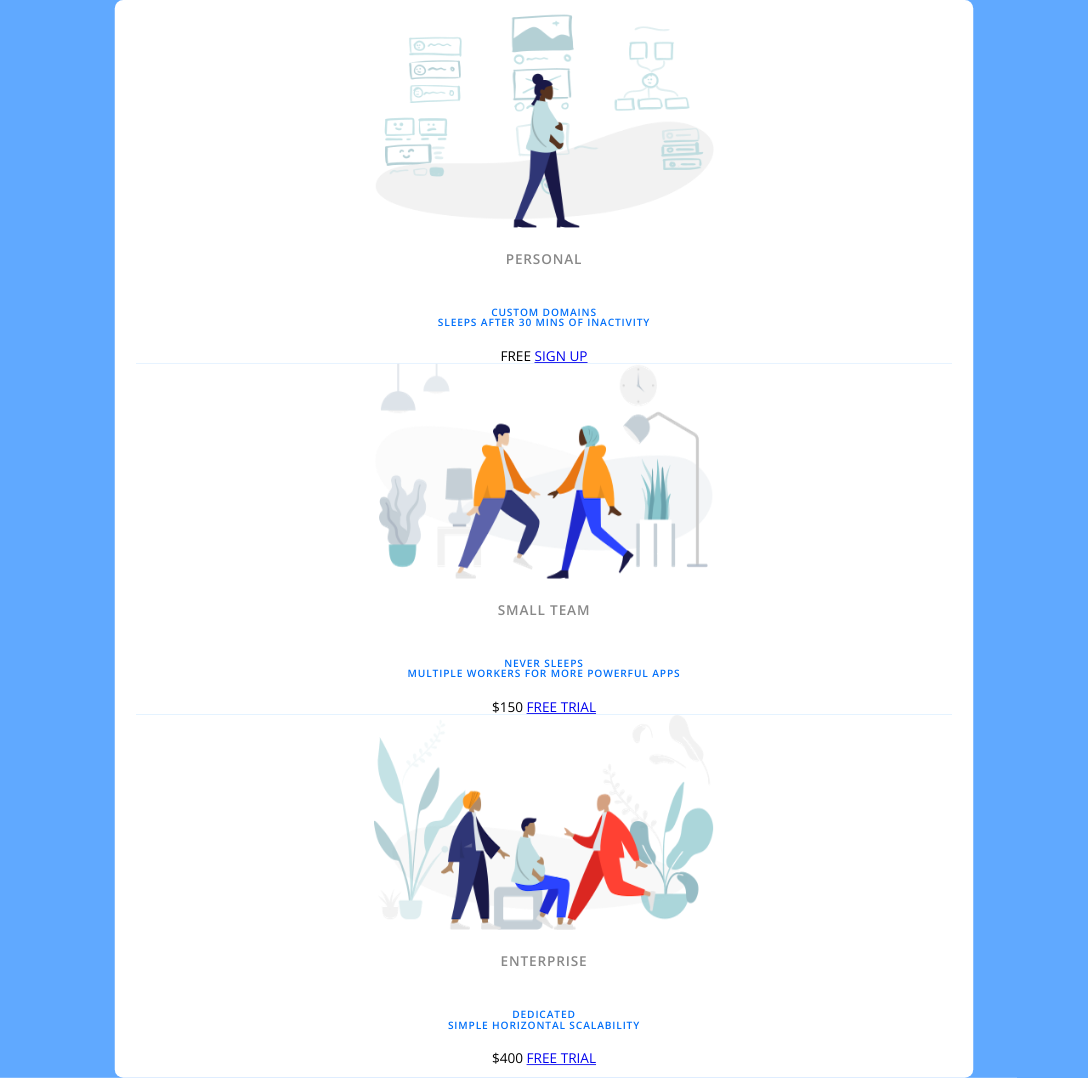
Repository: zhFIsHappy/UdemyFullStack
Page: PriceTable/index.html
The author's editor kept a copy of each file at every save. The page is drawn from the files as they stood at one save, then again after a run of saves.
The browser window is 1280 px wide. The pictures show the whole page, at 85% of full size.

Above is the page before, as saved 2022-03-26 19:41:58.

After the next 2 saves:
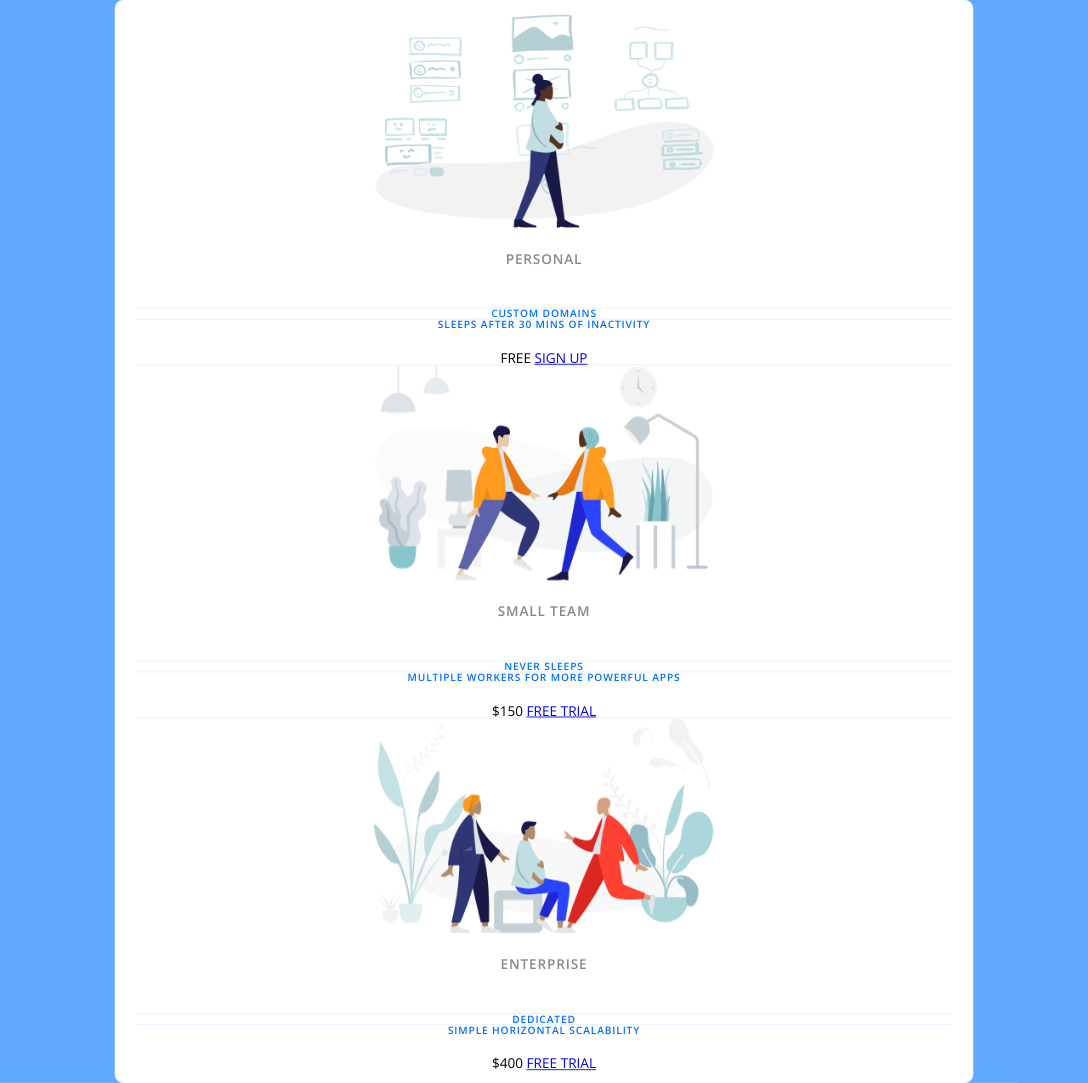
The 2 saves are shown as one change because they came seconds apart.
The last was saved 15 s later.
--- a/PriceTable/app.css
+++ b/PriceTable/app.css
@@ -97,5 +97,5 @@
     letter-spacing: 1px;
     font-size: 12px;
     line-height:1.5 0;
-    border-top:
+    border-top:1px solid #e1f1ff;
 }

After the 2 saves that followed:
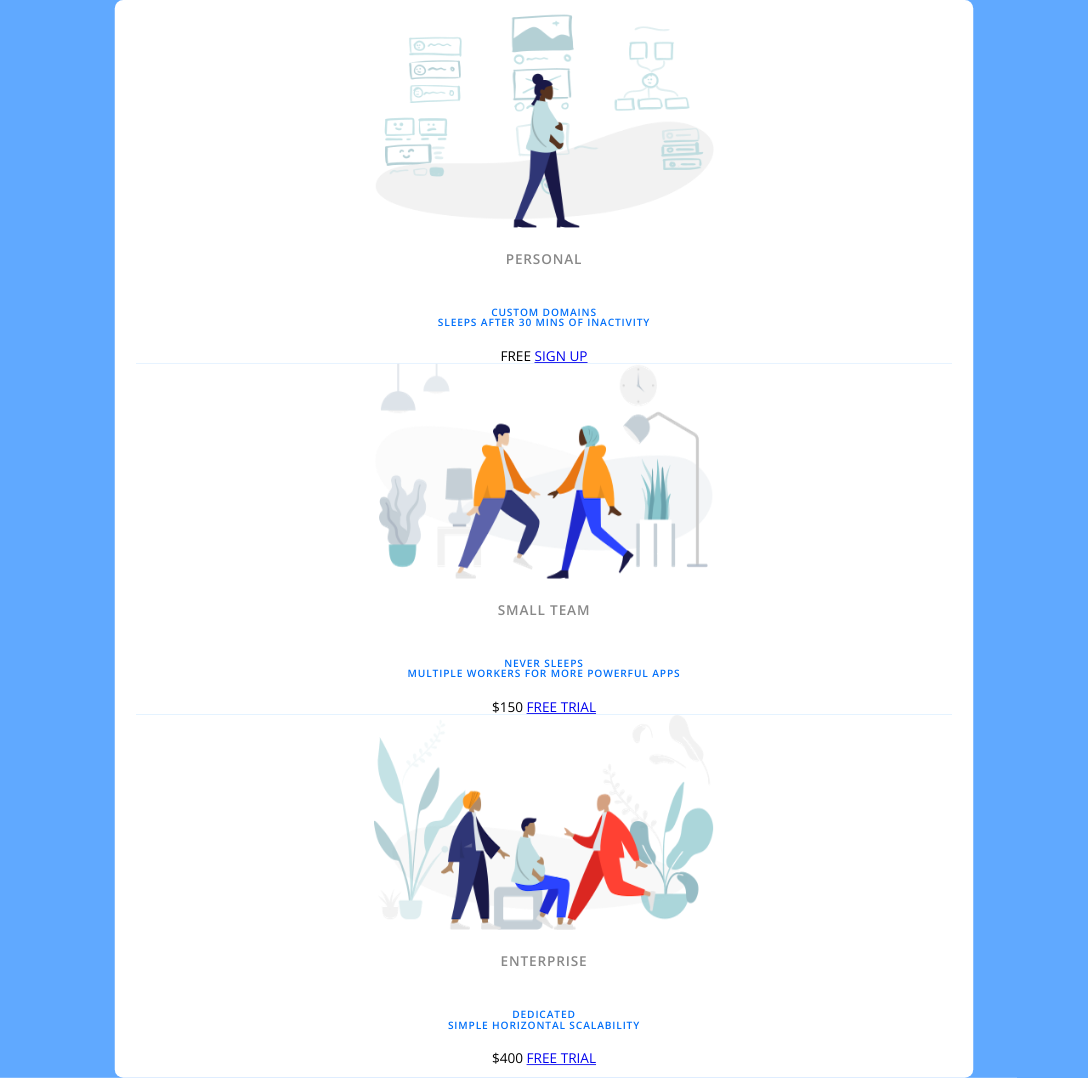
The 2 saves are shown as one change because 1 left the picture as it was.
The last was saved 32 s later.
--- a/PriceTable/app.css
+++ b/PriceTable/app.css
@@ -97,5 +97,6 @@
     letter-spacing: 1px;
     font-size: 12px;
     line-height:1.5 0;
+    padding
     border-top:1px solid #e1f1ff;
 }
